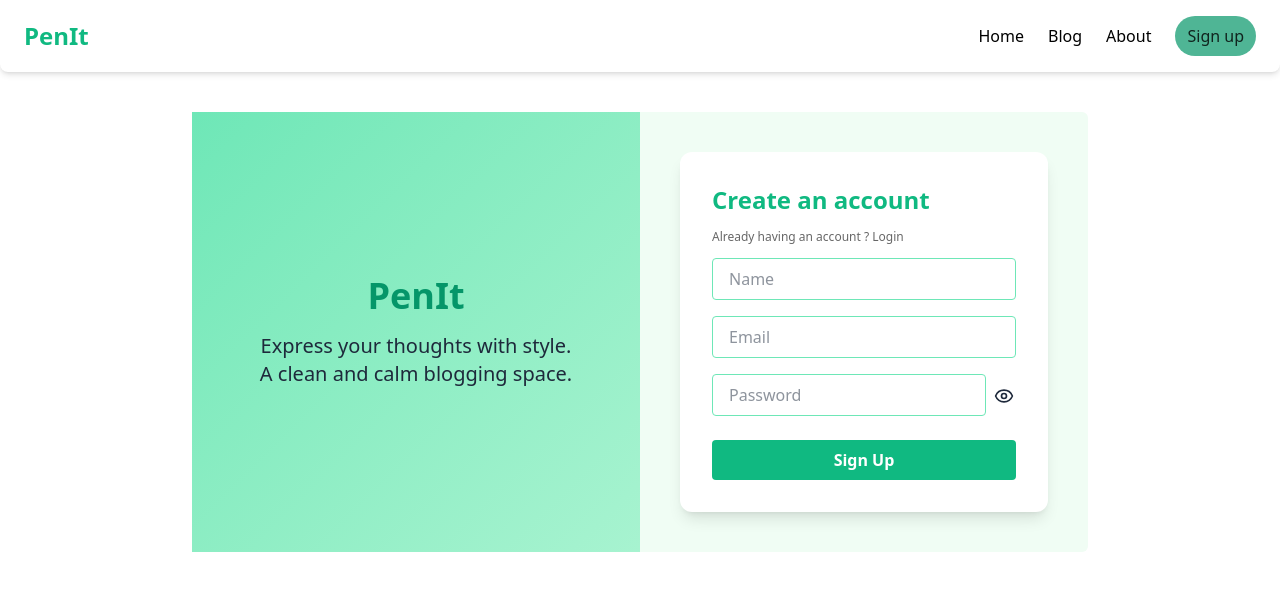
Repository: Mounika-chukkala/PenIt
Page: /signup (app in frontend/)
The author's editor kept a copy of each file at every save. The page is drawn from the files as they stood at one save, then again after the next save.
The browser window is 1280 px wide. The pictures show the whole page.
The project was rebuilt for these pictures with package versions that can differ from the ones it lists, and the page was loaded fresh each time. Also part of the build but not shown: frontend/vite.config.js, frontend/src/Pages/Login.jsx, frontend/src/components/CreateBlog.jsx.

Above is the page before, as saved 2025-05-20 18:22:37.

### frontend/src/main.jsx
import { StrictMode } from 'react'
import { createRoot } from 'react-dom/client'
import './index.css'
import { Toaster } from 'react-hot-toast'
// import {BrowserRouter} from "react-router-dom"
import { BrowserRouter } from 'react-router-dom'
import App from './App.jsx'

createRoot(document.getElementById('root')).render(
  <StrictMode>
    <BrowserRouter>

    <App />
    </BrowserRouter>
  </StrictMode>,
)

### frontend/src/index.css
@import "tailwindcss";


/* :root {
  font-family: system-ui, Avenir, Helvetica, Arial, sans-serif;
  line-height: 1.5;
   font-weight: 400;

  color-scheme: light dark;
  color: rgba(255, 255, 255, 0.87);
  background-color: #242424;

  font-synthesis: none;
  text-rendering: optimizeLegibility;
  -webkit-font-smoothing: antialiased;
  -moz-osx-font-smoothing: grayscale;
}

a {
  font-weight: 500;
  color: #646cff;
  text-decoration: inherit;
}
a:hover {
  color: #535bf2;
}

body {
  margin: 0;
  display: flex;
  place-items: center;
  min-width: 320px;
  min-height: 100vh;
}

h1 {
  font-size: 3.2em;
  line-height: 1.1;
}

button {
  border-radius: 8px;
  border: 1px solid transparent;
  padding: 0.6em 1.2em;
  font-size: 1em;
  font-weight: 500;
  font-family: inherit;
  background-color: #1a1a1a;
  cursor: pointer;
  transition: border-color 0.25s;
}
button:hover {
  border-color: #646cff;
}
button:focus,
button:focus-visible {
  outline: 4px auto -webkit-focus-ring-color;
}

@media (prefers-color-scheme: light) {
  :root {
    color: #213547;
    background-color: #ffffff;
  }
  a:hover {
    color: #747bff;
  }
  button {
    background-color: #f9f9f9;
  }
} */

### frontend/src/App.jsx
import { useState } from 'react'
import { Route, Routes } from 'react-router-dom'
// import './App.css'
import Login from './Pages/Login'
import Signup from './Pages/Signup'
// import Navbar from './components/Navbar'
import Layout from "./Pages/Layout"
import CreateBlog from './components/CreateBlog'
function App() {

  return (
  <Routes>
    <Route path="/" element={<Layout/>}>
        <Route path="/signin" element={<Login/>}></Route>
    <Route path="/signup" element={<Signup/>}></Route>
    <Route path="/create-blog" element={<CreateBlog/>}></Route>
    {/* <Route path="/search-blog" element={}></Route> */}
    {/* <Route path="*" element={}></Route> */}
    </Route>

  </Routes>
  )
}

export default App

### frontend/src/Pages/Signup.jsx
import { useState } from "react";
import { Eye,EyeOff } from "lucide-react";
import toast from "react-hot-toast";
import { Link } from "react-router-dom";
function Signup() {
  const [userData, setUserData] = useState({
    name: "",
    email: "",
    password: "",
  });
const [isVisible,setVisible]=useState(false)
  async function handleSubmit() {
    console.log("hello")
    let data = await fetch("http://localhost:3000/api/v1/signup", {
      method: "POST",
      body: JSON.stringify(userData),
      headers: {
        "Content-Type": "application/json",
      },
    });

    let res = await data.json();
    console.log(res)
alert(res.message)
    if(!res.success){
        toast.error(res.message);

    }
    else{
        toast.success(res.message);
        localStorage.setItem("User",JSON.stringify(res.user));
    }
  }

  return (
        <div className="max-h-screen max-w-[70%] rounded-md m-auto mt-10 flex bg-[#F0FDF4] text-[#1E293B]">
      {/* Left side visual placeholder */}
      <div className="w-1/2 flex flex-col justify-center items-center p-10 bg-gradient-to-br from-[#6EE7B7] to-[#A7F3D0]">
        <h1 className="text-4xl font-bold text-[#059669] mb-4">PenIt</h1>
        <p className="text-xl text-[#1E293B] text-center">
          Express your thoughts with style.<br /> A clean and calm blogging space.
        </p>
      </div>

      {/* Right side sign up form */}
      <div className="w-1/2 flex justify-center items-center p-10">
        <div className="bg-white p-8 rounded-xl shadow-lg w-full max-w-md">
          <h2 className="text-2xl font-bold mb-3 text-[#10B981]">Create an account</h2>

<p className="text-[12px] text-black/60 mb-3">Already having an account ? <Link to="/login" className="text-blue">Login</Link></p>
          <input
            className="w-full mb-4 px-4 py-2 border border-[#6EE7B7] rounded focus:outline-none focus:ring-2 focus:ring-[#10B981]"
            type="text"
            placeholder="Name"
            onChange={(e) => setUserData({ ...userData, name: e.target.value })}
          />
          <input
            className="w-full mb-4 px-4 py-2 border border-[#6EE7B7] rounded focus:outline-none focus:ring-2 focus:ring-[#10B981]"
            type="email"
            placeholder="Email"
            onChange={(e) => setUserData({ ...userData, email: e.target.value })}
          />
          {/* <input
            className="w-full mb-6 px-4 py-2 border border-[#6EE7B7] rounded focus:outline-none focus:ring-2 focus:ring-[#10B981]"
            type="password"
            placeholder="Password"
            onChange={(e) => setUserData({ ...userData, password: e.target.value })}
          /> */}

                            <div className="w-full flex gap-2">
                       <input
                        className="w-[90%] mb-6 px-4 py-2 border border-[#6EE7B7] rounded focus:outline-none focus:ring-2 focus:ring-[#10B981]"
                        type={isVisible?"text":"password" }
                        placeholder="Password"
                        onChange={(e) => setUserData({ ...userData, password: e.target.value })}
                      />
                       <div  className="pt-3" onClick={()=>setVisible(!isVisible)}>
             {isVisible ? <EyeOff size={20} /> : <Eye size={20} />}
                       </div>
                       </div>
          <button
            onClick={handleSubmit}
            className="w-full bg-[#10B981] hover:bg-[#059669] text-white py-2 rounded font-semibold transition duration-200"
          >
            Sign Up
          </button>
        </div>
      </div>
    </div>

  );
}

export default Signup;

### frontend/src/Pages/Layout.jsx
import { Outlet } from 'react-router-dom'
import Navbar from '../components/Navbar'

export default function Layout() {
  return (
    <>
      <Navbar />
      <Outlet />
    </>
  )
}

### frontend/src/components/Navbar.jsx
import React, { useEffect, useState } from "react";
import { Link } from "react-router-dom";

export default function Navbar() {
  const [isLogged, setLogged] = useState(false);
  const item = localStorage.getItem("User");
  useEffect(()=>{
  if (item!=null) {
    setLogged(true);
  }
},isLogged)
  return (
    <nav className="bg-white shadow-md px-6 py-4 flex justify-between items-center rounded-b-lg">
      <h1 className="text-2xl font-bold text-[#10B981]">PenIt</h1>
      <ul className="flex space-x-6 font-medium">
        <li className="hover:text-[#059669] pt-2 cursor-pointer">Home</li>
        <li className="hover:text-[#059669] pt-2 cursor-pointer">Blog</li>
        <li className="hover:text-[#059669] pt-2 cursor-pointer">About</li>
        <Link to="/signup">
        <li className="bg-[#059669]/70 rounded-3xl px-3 py-2 text-black/80 transform hover:scale-120 transition duration-300 ease-in-out  hover:text-white cursor-pointer">
{isLogged?"Log out":"Sign up"}
          </li>
        </Link>
      </ul>
    </nav>
  );
}

Loaded but not shown: frontend/index.html (common file)

After the next save:
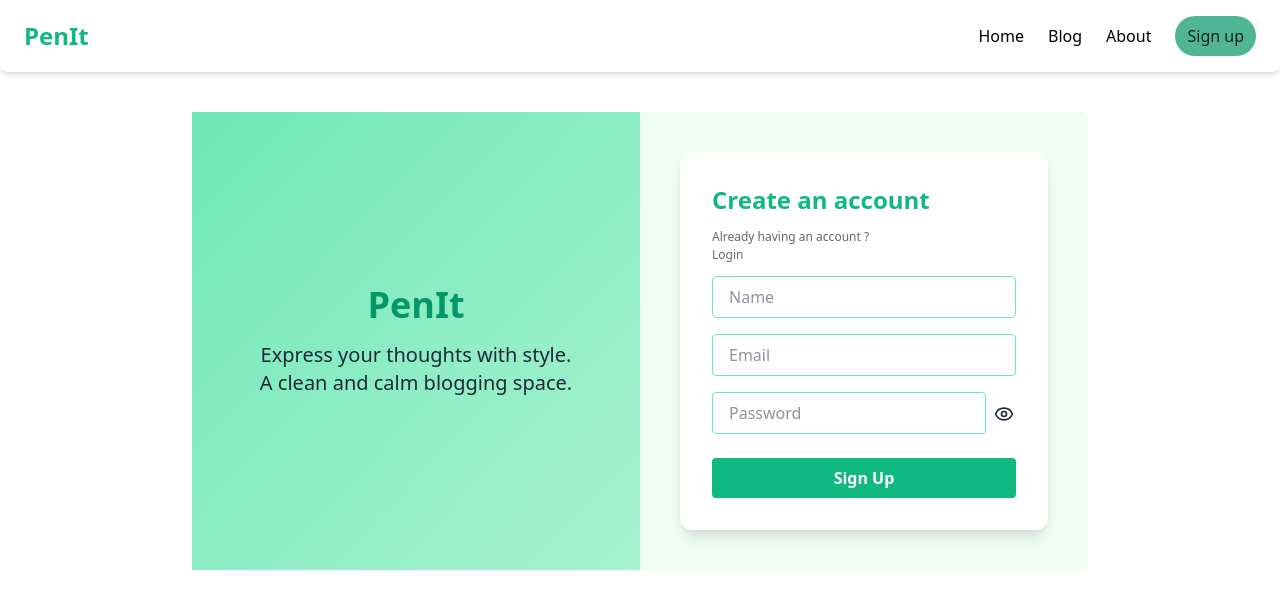
Saved 52 s later.
--- a/frontend/src/Pages/Signup.jsx
+++ b/frontend/src/Pages/Signup.jsx
@@ -47,7 +47,7 @@
         <div className="bg-white p-8 rounded-xl shadow-lg w-full max-w-md">
           <h2 className="text-2xl font-bold mb-3 text-[#10B981]">Create an account</h2>
 
-<p className="text-[12px] text-black/60 mb-3">Already having an account ? <Link to="/login" className="text-blue">Login</Link></p>
+<p className="text-[12px] text-black/60 mb-3">Already having an account ? <Link to="/login"><p className="text-blue">Login</p></Link></p>
           <input
             className="w-full mb-4 px-4 py-2 border border-[#6EE7B7] rounded focus:outline-none focus:ring-2 focus:ring-[#10B981]"
             type="text"

After the save that followed:
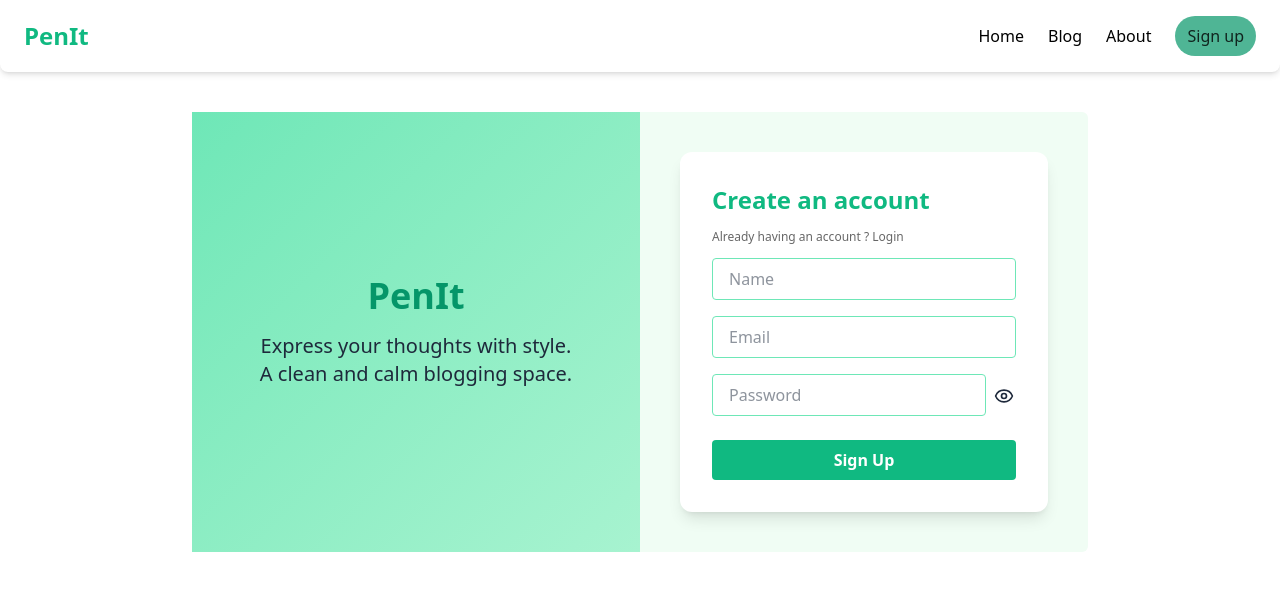
Saved 17 s later.
--- a/frontend/src/Pages/Signup.jsx
+++ b/frontend/src/Pages/Signup.jsx
@@ -47,7 +47,7 @@
         <div className="bg-white p-8 rounded-xl shadow-lg w-full max-w-md">
           <h2 className="text-2xl font-bold mb-3 text-[#10B981]">Create an account</h2>
 
-<p className="text-[12px] text-black/60 mb-3">Already having an account ? <Link to="/login"><p className="text-blue">Login</p></Link></p>
+<p className="text-[12px] text-black/60 mb-3">Already having an account ? <Link to="/login"><span className="text-blue">Login</span></Link></p>
           <input
             className="w-full mb-4 px-4 py-2 border border-[#6EE7B7] rounded focus:outline-none focus:ring-2 focus:ring-[#10B981]"
             type="text"
